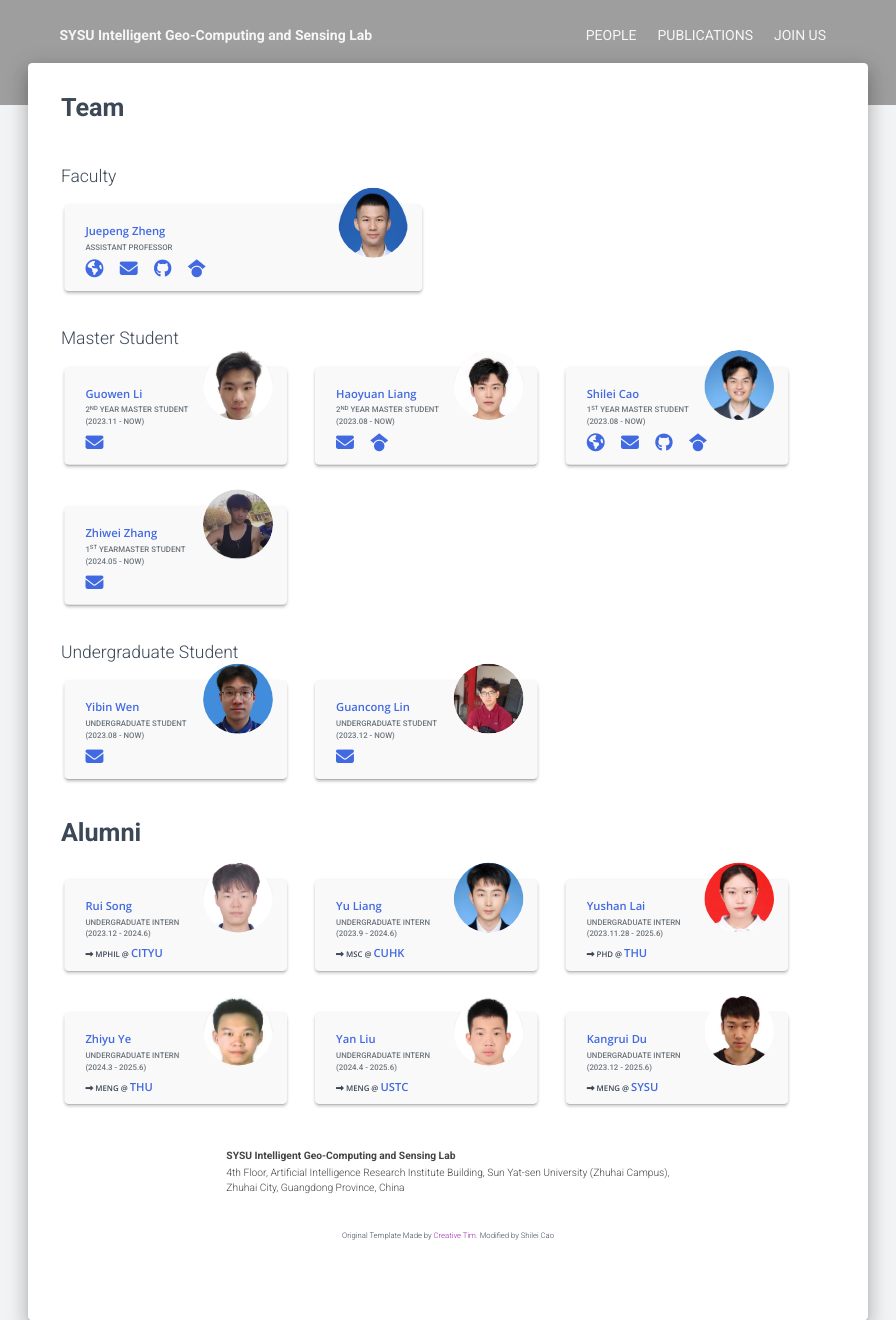
Repository: rssysu/rssysu.github.io
Page: people.html
These files come from the project's save history. The page is drawn as it stood at one moment and after the next save; the edit follows.
The browser window is 1280 px wide. The pictures show the whole page, at 70% of full size.
Pictures or frames that could not be fetched are drawn as grey boxes. Some web libraries are served in a nearby version.

Above is the page before, as saved 2025-05-30 21:25:08.

After the next save:
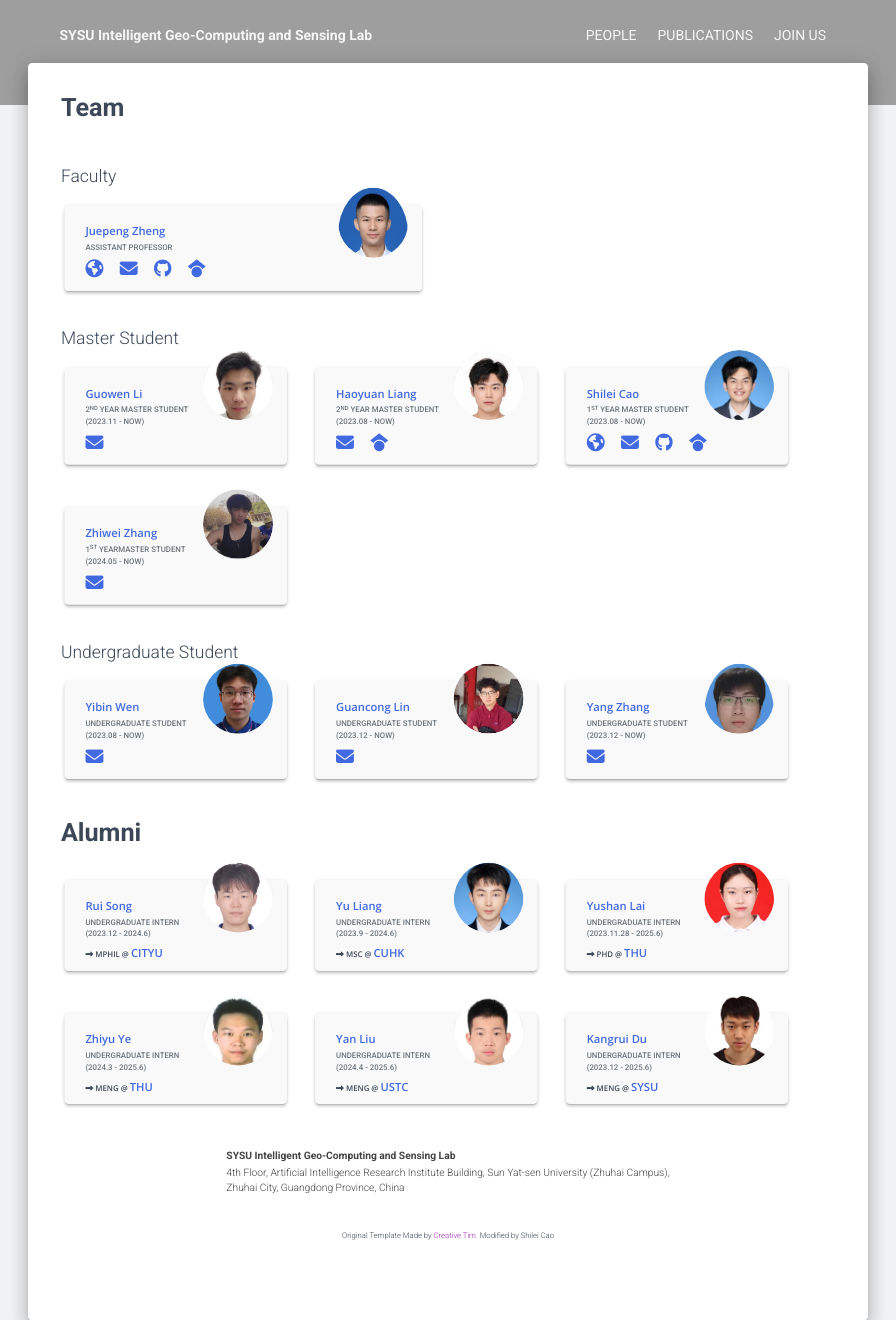
Saved 39 min 55 s later.
--- a/people.html
+++ b/people.html
@@ -174,6 +174,21 @@
                     </div>
                 </div>
 
+                <div class="card" style="width: 28%;">
+                    <div class="card-body">
+                          <div class="author">
+                              <div class="avatar">
+                                  <img src="./assets/img/kit/faces/zy.jpg" class="img-raised rounded-circle img-fluid"/>
+                              </div>
+                          </div>
+                          <h4 class="card-title"> <a href="./assets/resume/lgc.html" target="_blank">  Yang Zhang </a></h4>
+                          <h6 class="card-subtitle mb-2 text-muted">Undergraduate Student <br> (2023.12 - Now)</h6>
+
+                            <a href="mailto:lingc8@mail2.sysu.edu.cn" class="card-link"><i class="fa fa-envelope fa-2x" aria-hidden="true"></i></a>
+
+                    </div>
+                </div>
+
             </div>
 
 
